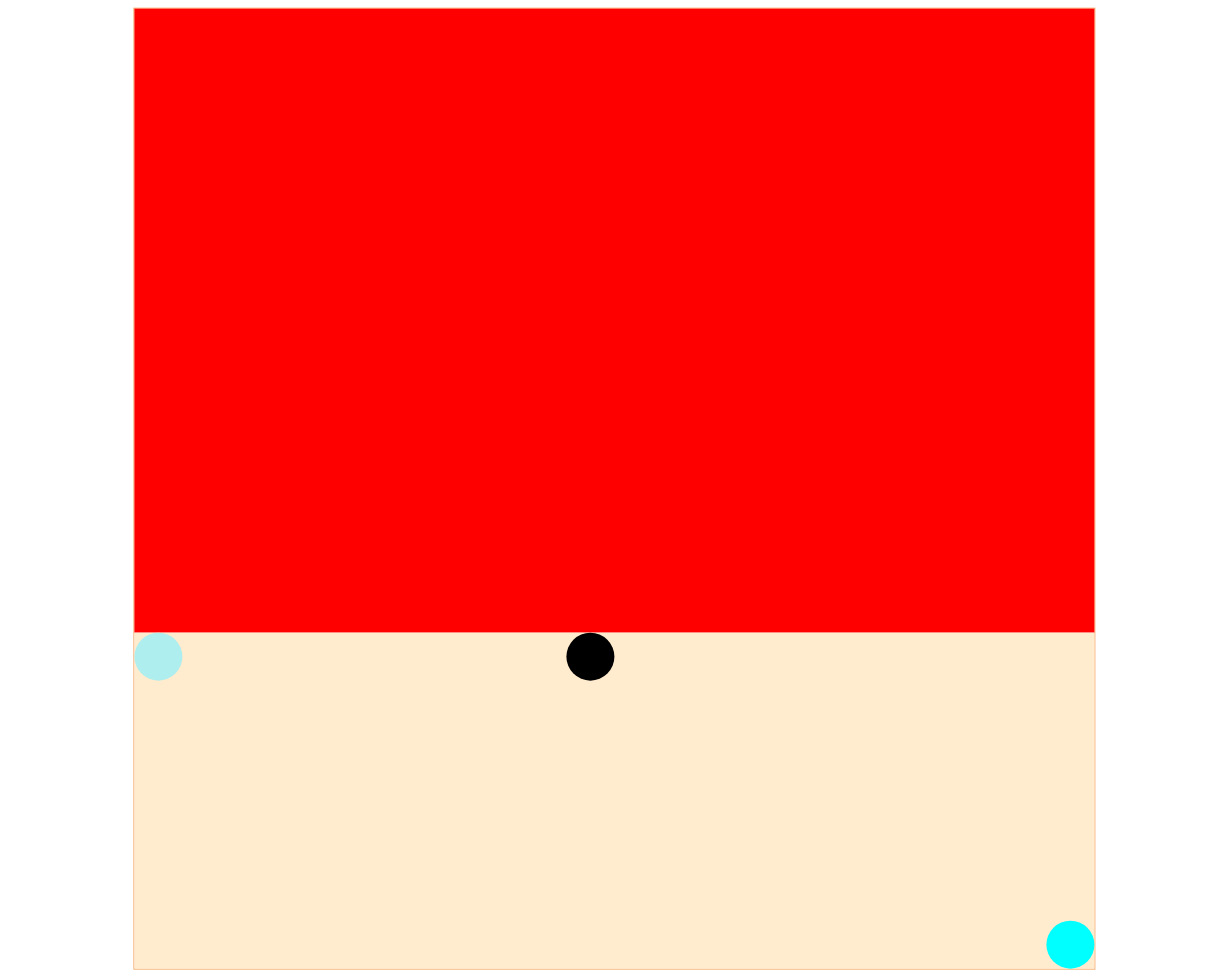
Repository: vanduy2003x/wed_basic
Page: Buổi 6/baithuchanhso1.html
The author's editor kept a copy of each file at every save. The page is drawn from the files as they stood at one save, then again after the next save.
The browser window is 1280 px wide. The pictures show the whole page, at 96% of full size.

Above is the page before, as saved 2022-09-20 19:24:58.

### Buổi 6/baithuchanhso1.html
<!DOCTYPE html>
<html>
    <head>
        <link rel="stylesheet" href="baithuchanh01.css">
    </head>
    <body>
        <div id="photo">
            <div id="picture-above"></div>
            <div id="picture-below">
                <div id="round-shape1"></div>
                <div id="round-shape2"></div>
                <div id="round-shape3"></div>
            </div>
        </div>
    </body>
</html>

### Buổi 6/baithuchanh01.css
body{
    display: flex;
    justify-content: center;
}
#photo{
    width: 1000px;
    height: 1000px;
    border: 1px solid sandybrown;
    position: relative;
}
#picture-above{
    width: 1000px;
    height: 650px;
    background: rgb(255, 0, 0);
}
#picture-below{
    width: 1000px;
    height: 350px;
    background: blanchedalmond;
}
#round-shape1{
    width: 50px;
    height: 50px;
    border-radius: 50%;
    background-color: black;
    position: absolute;
    left: 450px;
}
#round-shape2{
    width: 50px;
    height: 50px;
    background-color: aqua;
    border-radius: 50%;
    position: absolute;
    bottom:0px;
    left: 950px;
}
#round-shape3{
    width: 50px;
    height: 50px;
    background-color: paleturquoise;
    border-radius: 50%;
    position: static;
    top: 0px;
}

After the next save:
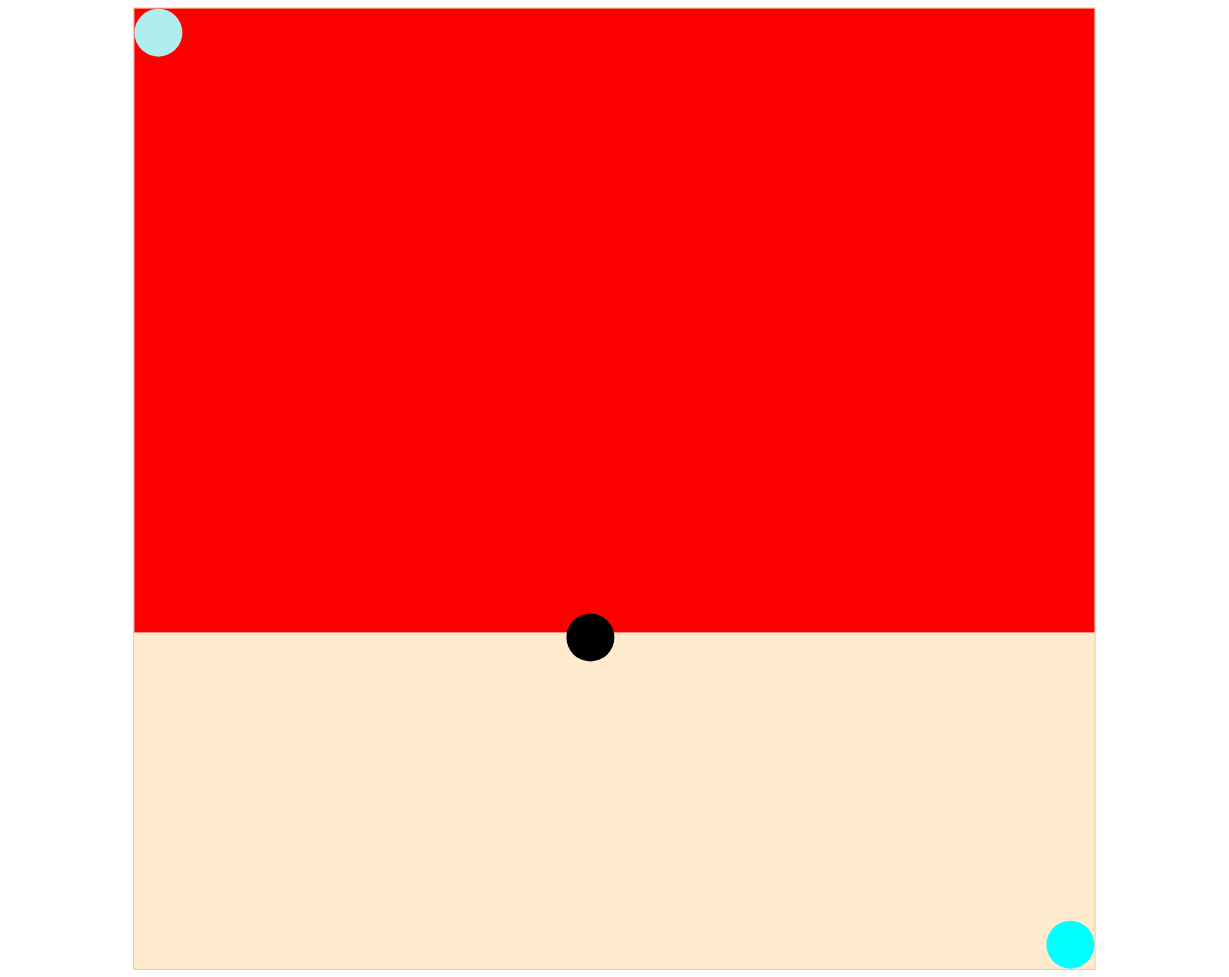
Saved 16 min 0 s later.
--- a/Buổi 6/baithuchanh01.css
+++ b/Buổi 6/baithuchanh01.css
@@ -25,6 +25,7 @@ body{
     background-color: black;
     position: absolute;
     left: 450px;
+    bottom: 320px;
 }
 #round-shape2{
     width: 50px;
@@ -40,6 +41,6 @@ body{
     height: 50px;
     background-color: paleturquoise;
     border-radius: 50%;
-    position: static;
+    position: absolute;
     top: 0px;
 }
